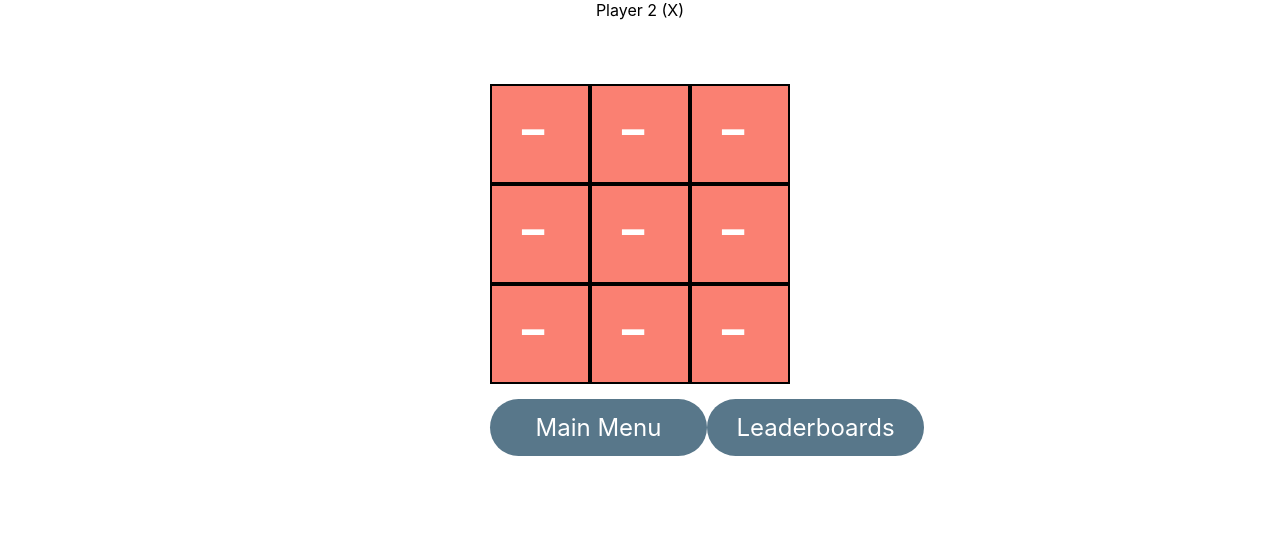
Repository: DawsonGosse/DecisionsGame
Page: /tictacgame (app in web/)
The author's editor kept a copy of each file at every save. The page is drawn from the files as they stood at one save, then again after the next save.
The browser window is 1280 px wide. The pictures show the whole page.
The project was rebuilt for these pictures with package versions that can differ from the ones it lists, and the page was loaded fresh each time. The framework's server and built-in components were replaced by stand-ins that run in the browser. Also part of the build but not shown: web/next.config.js.

Above is the page before, as saved 2022-01-14 12:34:37.

After the next save:
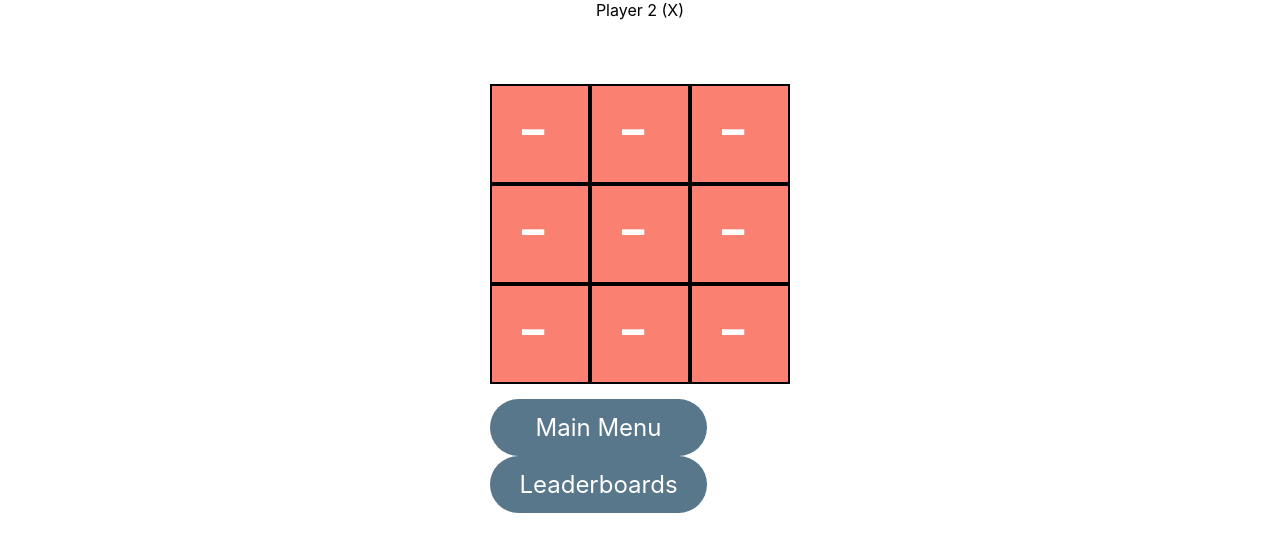
Saved 14 s later.
--- a/web/comps/TicTacToe/Game.js
+++ b/web/comps/TicTacToe/Game.js
@@ -20,7 +20,10 @@ const Container = styled.div`
 `
 
 const Buttons = styled.div`
-    display: flex;
+    display:flex;
+    flex-direction: column;
+    justify-content:center;
+    align-items:center;
     margin-top: 5%;
 `
 
